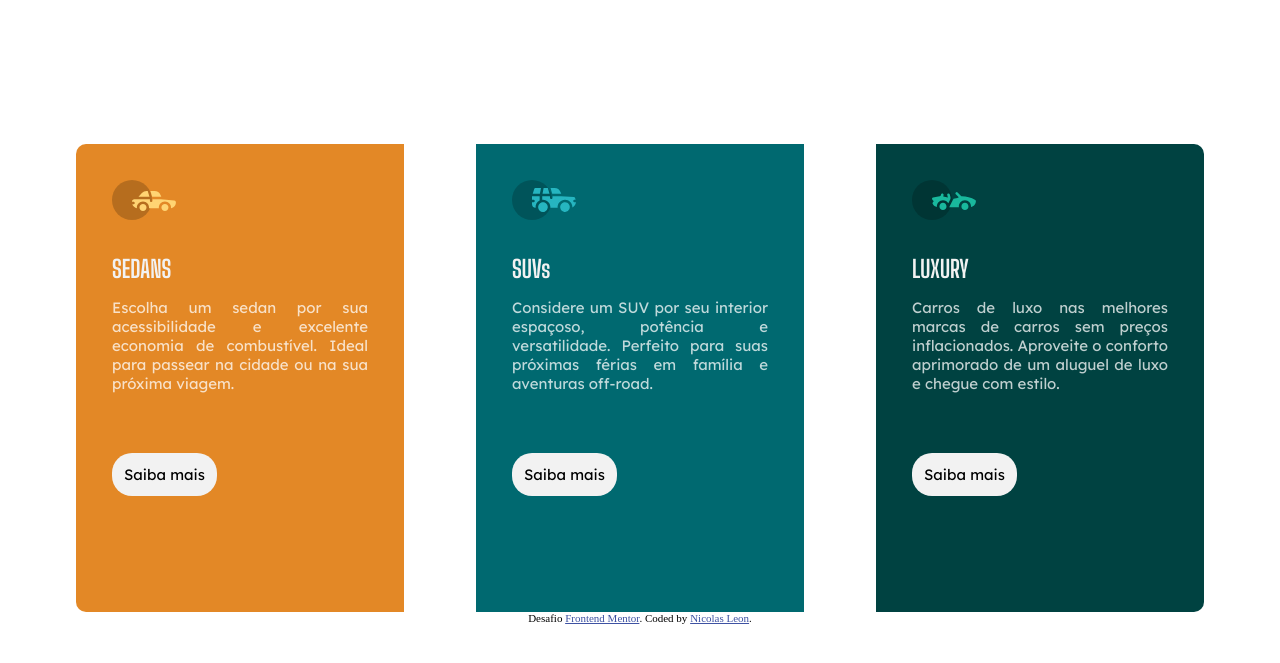
Repository: Leonngc/Car-cards
Page: index.html
An editor plug-in stored every save of this project. The page is shown before and after a run of saves, followed by the edit.
The browser window is 1280 px wide. The pictures show the whole page.

Above is the page before, as saved 2023-01-17 19:12:45.

### index.html
<!DOCTYPE html>
<html lang="pt-br">
  <head>
    <meta charset="UTF-8" />
    <meta name="viewport" content="width=device-width, initial-scale=1.0" />
    <!-- displays site properly based on user's device -->

    <link
      rel="icon"
      type="image/png"
      sizes="32x32"
      href="./images/favicon-32x32.png"
    />

    <link rel="stylesheet" href="styles/style.css" />

    <title>Frontend Mentor | 3-column preview card component</title>

    <!-- Feel free to remove these styles or customise in your own stylesheet 👍 -->
    <style>
      .attribution {
        font-size: 11px;
        text-align: center;
      }
      .attribution a {
        color: hsl(228, 45%, 44%);
      }
    </style>
  </head>
  <body>
    <main>
      <div class="card" id="sedan">
        <div class="image"><img src="images/icon-sedans.svg" alt="" /></div>
        <h2>SEDANS</h2>
        <p>
          Escolha um sedan por sua acessibilidade e excelente economia de
          combustível. Ideal para passear na cidade ou na sua próxima viagem.
        </p>
        <button>Saiba mais</button>
      </div>
      <div class="card" id="suv">
        <div class="image"><img src="images/icon-suvs.svg" alt="" /></div>

        <h2>SUVs</h2>
        <p>
          Considere um SUV por seu interior espaçoso, potência e versatilidade.
          Perfeito para suas próximas férias em família e aventuras off-road.
        </p>
        <button>Saiba mais</button>
      </div>
      <div class="card" id="luxury">
        <div class="image"><img src="images/icon-luxury.svg" alt="" /></div>
        <h2>LUXURY</h2>
        <p>
          Carros de luxo nas melhores marcas de carros sem preços inflacionados.
          Aproveite o conforto aprimorado de um aluguel de luxo e chegue com
          estilo.
        </p>
        <button>Saiba mais</button>
      </div>
    </main>

    <footer class="attribution">
      Desafio
      <a href="https://www.frontendmentor.io?ref=challenge" target="_blank"
        >Frontend Mentor</a
      >. Coded by <a href="#">Nicolas Leon</a>.
    </footer>
  </body>
</html>

### styles/style.css
@import url('https://fonts.googleapis.com/css2?family=Lexend+Deca&display=swap');

@import url('https://fonts.googleapis.com/css2?family=Big+Shoulders+Display:wght@700&display=swap');

*{
    margin: 0 auto;
    padding: 0;
}

:root{
    --font-body: 'Lexend Deca', sans-serif;

    --font-title: 'Big Shoulders Display', cursive;
}


/* Basic styles */


main{
    display: flex;
    margin: auto;
    margin-top: 20vh;
    margin-left:40px;
    margin-right: 40px;
}
.card{
    padding: 36px;
    height: 55vh;
    width: 20vw;
}
.card > p{
    font-family: var(--font-body);
    margin-bottom: 60px;
    text-align: justify;
    font-size: 15px;
    color: hsla(0, 0%, 100%, 0.75);
}
.card > h2{
    font-family: var(--font-title);
    padding-top: 30px;
    padding-bottom:15px;
    color:  hsl(0, 0%, 95%);
}

#sedan{
    background-color: hsl(31, 77%, 52%);
    border-top-left-radius: 10px;
    border-bottom-left-radius: 10px;
}

#suv{
   background-color:hsl(184, 100%, 22%)
}

#luxury{
    background-color: hsl(179, 100%, 13%);
    border-top-right-radius: 10px;
    border-bottom-right-radius: 10px;
}

button{
    padding: 12px;
    border-radius: 20px;
    background-color: hsl(0, 0%, 95%);
    border: 0;
    font-family: var(--font-body);
    font-size: 15px;
 }

 button:hover{
    background-color: hsla(0, 0%, 54%, 0);
    border: 2px solid rgb(255, 255, 255);
    color: hsl(0, 0%, 100%);
  }

/* Animations */




/* Media Queries */

After the next 2 saves:
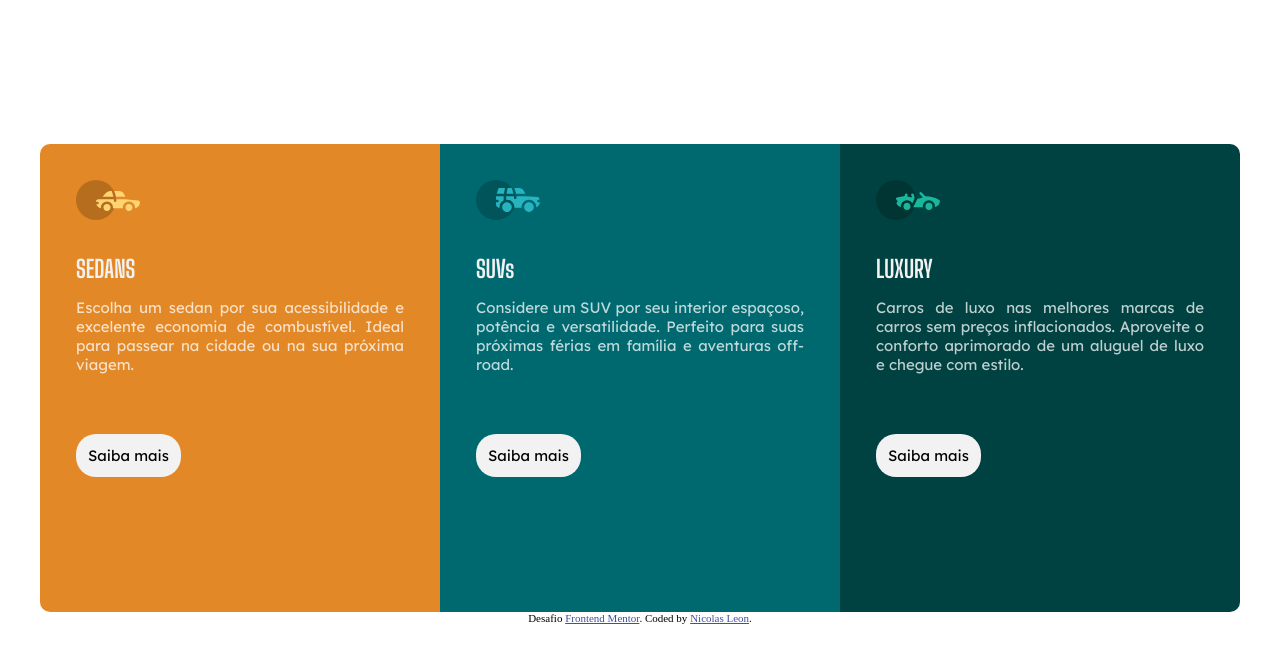
The 2 saves are shown as one change because they came seconds apart.
The last was saved 19 s later.
--- a/styles/style.css
+++ b/styles/style.css
@@ -27,7 +27,7 @@
 .card{
     padding: 36px;
     height: 55vh;
-    width: 20vw;
+    width: 60vw;
 }
 .card > p{
     font-family: var(--font-body);

After the save that followed:
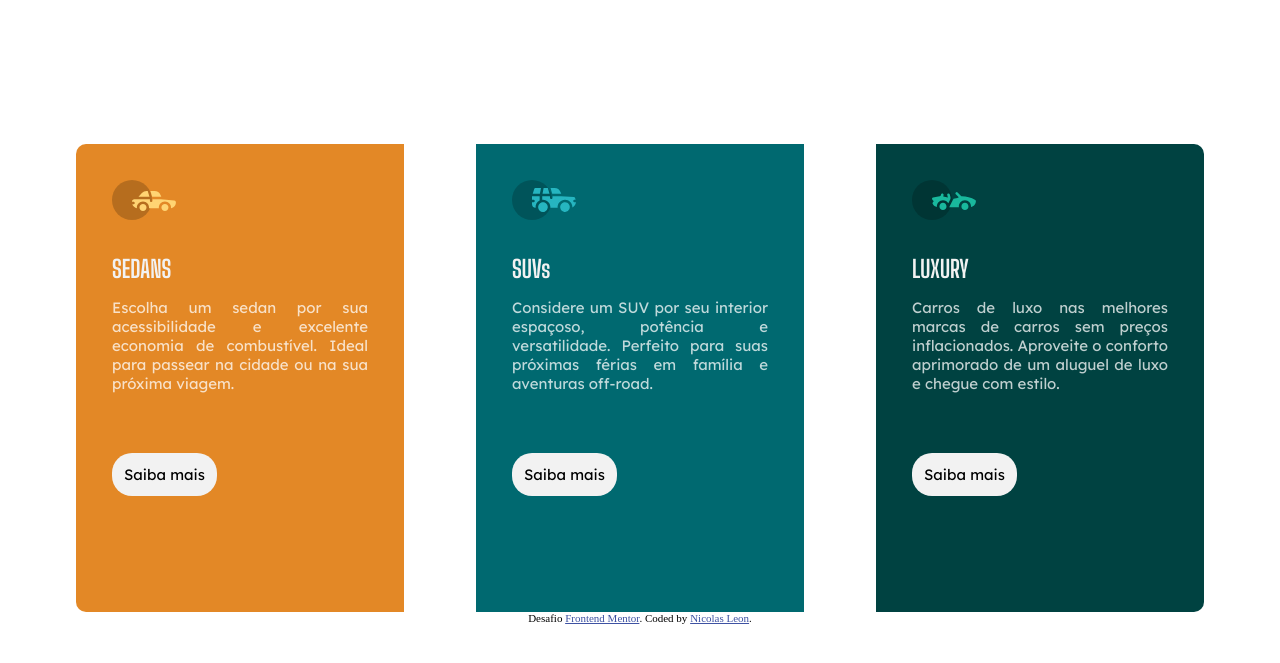
Saved 7 s later.
--- a/styles/style.css
+++ b/styles/style.css
@@ -27,7 +27,7 @@
 .card{
     padding: 36px;
     height: 55vh;
-    width: 60vw;
+    width: 20vw;
 }
 .card > p{
     font-family: var(--font-body);
